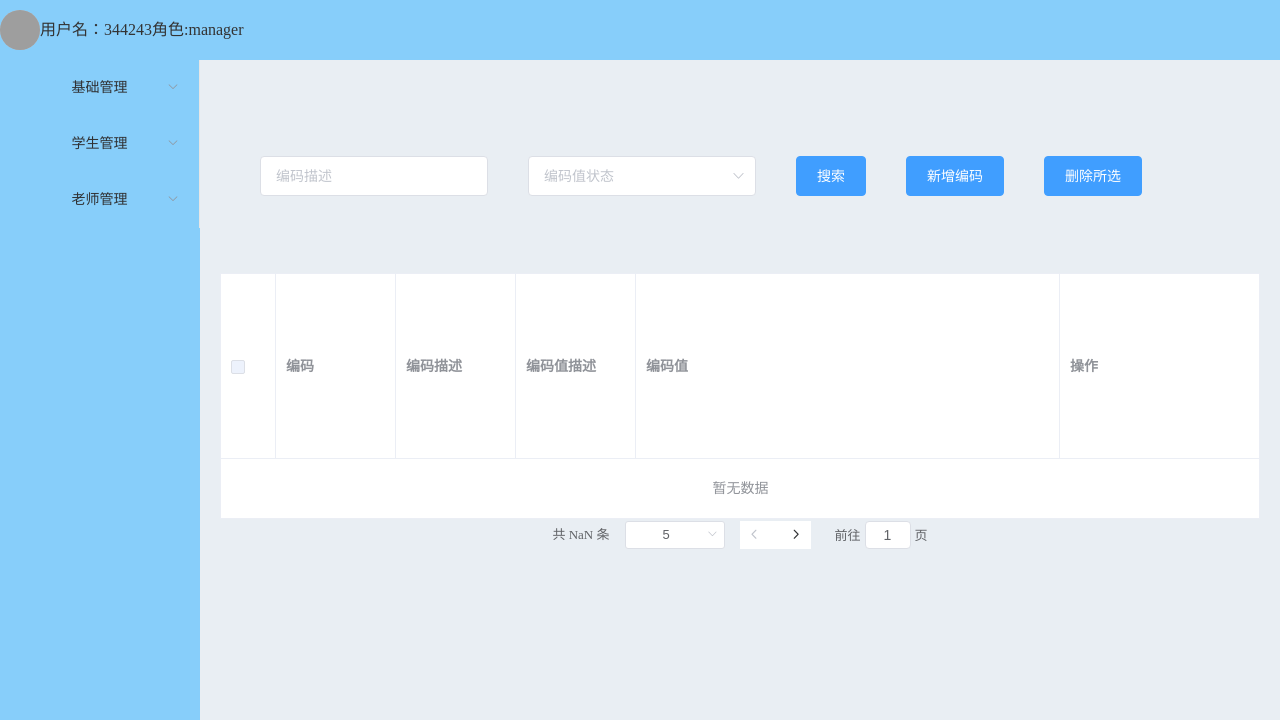
Repository: lwm9704/school-front
Page: /#/code
The author's editor kept a copy of each file at every save. The page is drawn from the files as they stood at one save, then again after the next save.
The browser window is 1280 px wide. The pictures show the whole page.
Pictures or frames that could not be fetched are drawn as grey boxes. The page's requests for data from a server got no answer. The project was rebuilt for these pictures with package versions that can differ from the ones it lists, and the page was loaded fresh each time. No one was signed in, and anything a server would have sent is missing. Also part of the build but not shown: src/js/login.js, src/view/login.vue.

Above is the page before, as saved 2021-11-22 14:50:18.

After the next save:
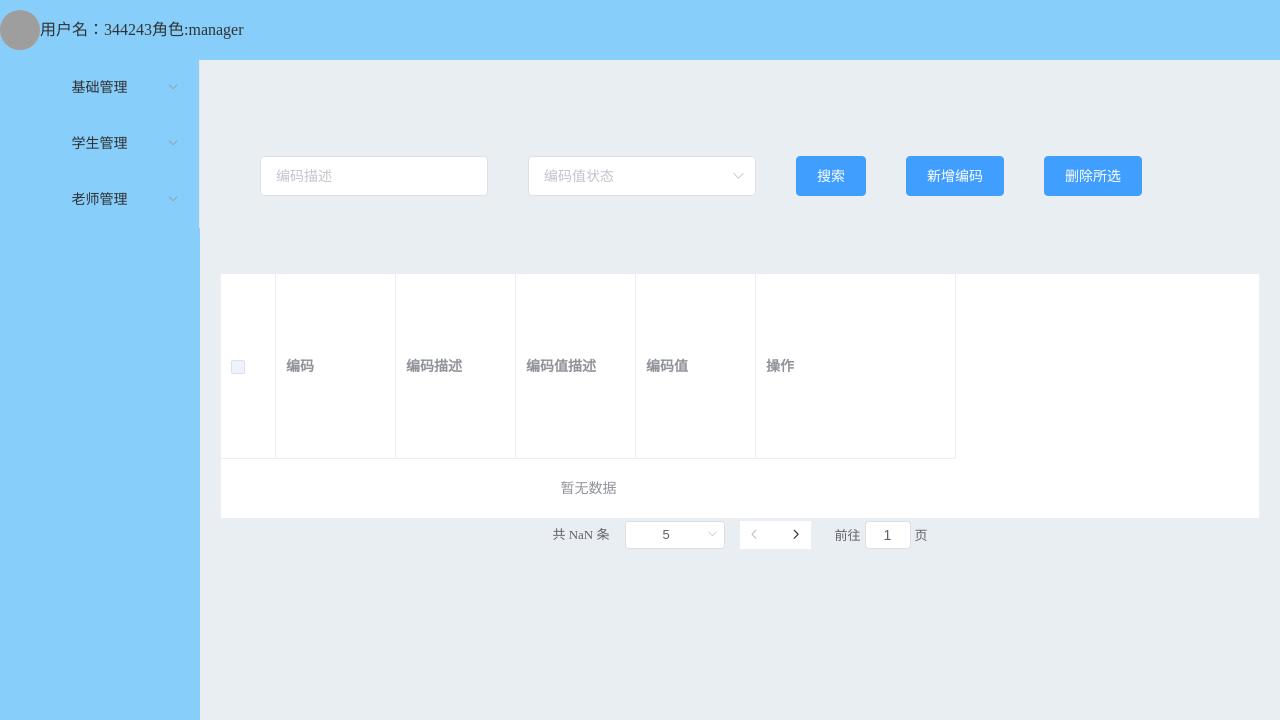
Saved 72 s later.
--- a/src/view/code.vue
+++ b/src/view/code.vue
@@ -64,6 +64,7 @@
       <el-table-column
         prop="codeValue"
         label="编码值"
+        width="120"
         show-overflow-tooltip
       ></el-table-column>
       <el-table-column label="操作" width="200">
